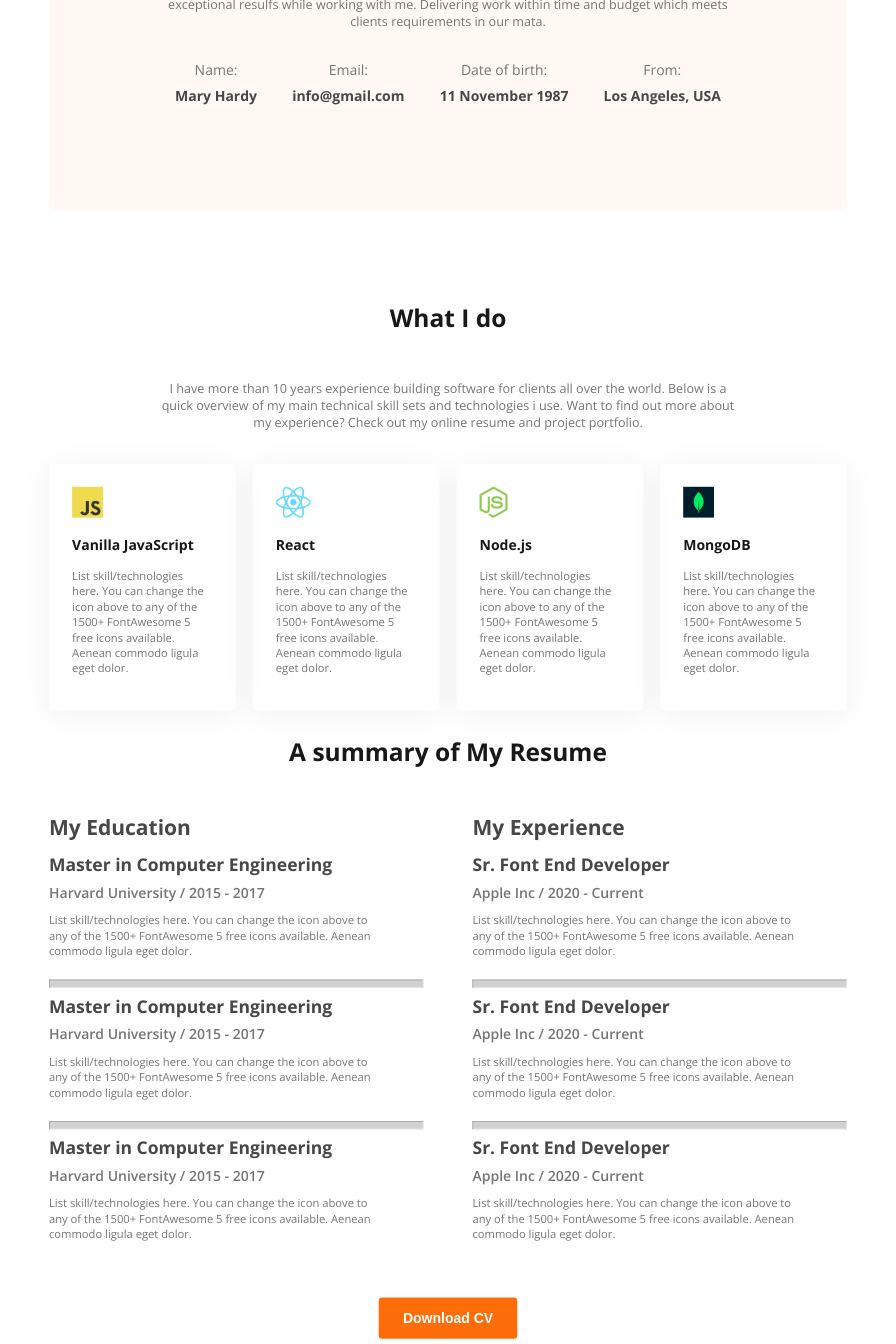
Repository: ShouravAhammed/Simple-Portfolio-Webpage
Page: index.html
An editor plug-in stored every save of this project. The page is shown before and after the next save, followed by the edit.
The browser window is 1280 px wide. The pictures show the part of the page from y = 1199 to 3119 px (the page is 3119 px tall before and 3101 px after), at 70% of full size.

Above is the page before, as saved 2024-01-06 03:29:34.

After the next save:
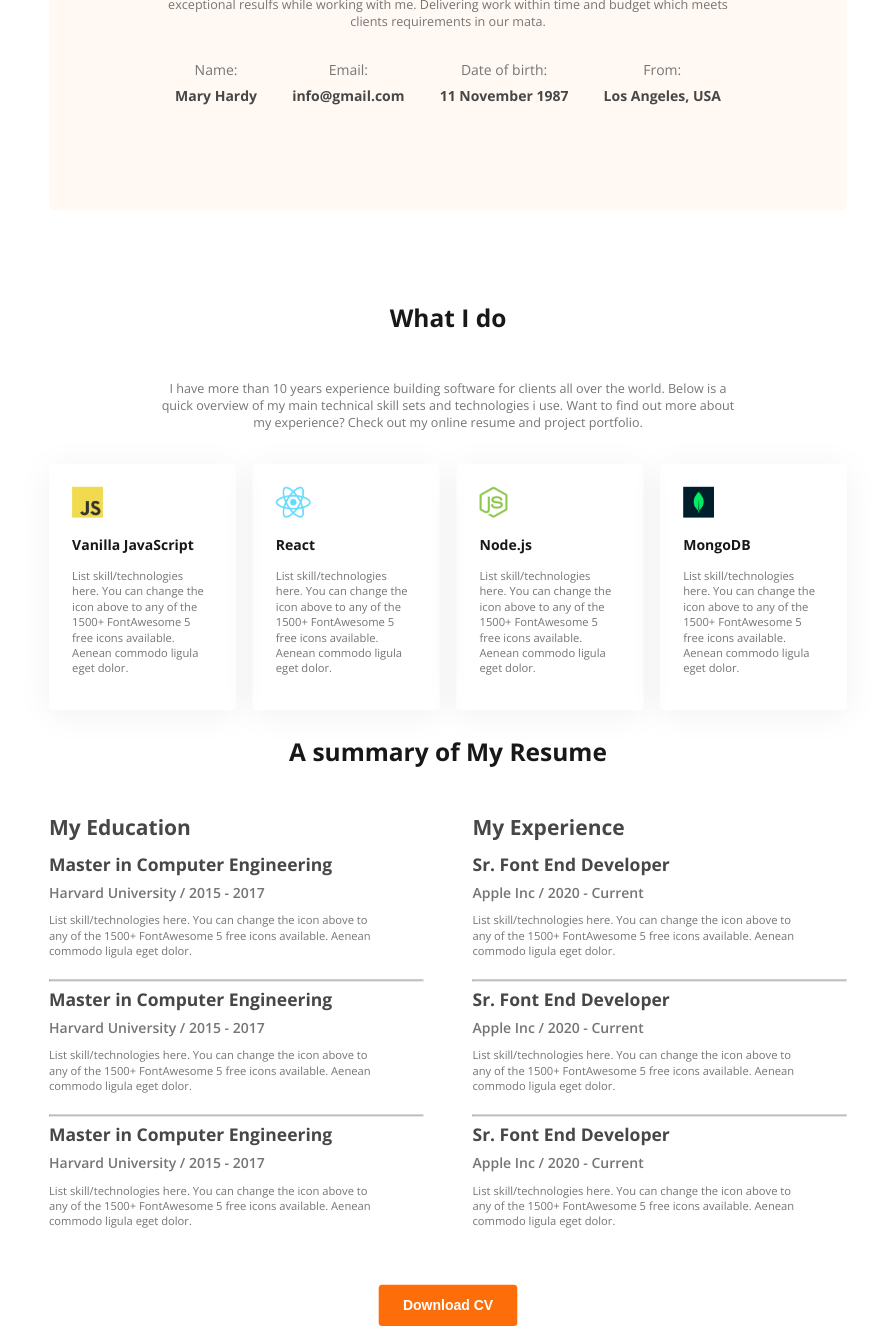
Saved 9 s later.
--- a/index.css
+++ b/index.css
@@ -191,5 +191,5 @@ main{
 }
 .resume-container hr{
     background: #d1d1d1;
-    height: 10px;
+    height: 1px;
 }
